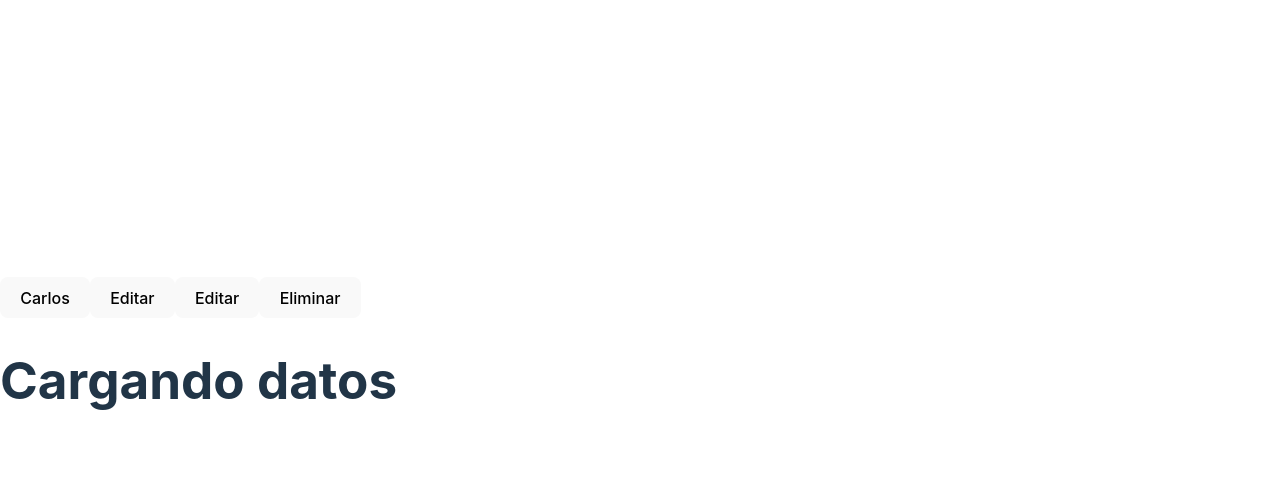
Repository: ikabeee/shopping-car
Page: /
An editor plug-in stored every save of this project. The page is shown before and after a run of saves, followed by the edit.
The browser window is 1280 px wide. The pictures show the whole page.
The page's requests for data from a server got no answer. The project was rebuilt for these pictures with package versions that can differ from the ones it lists, and the page was loaded fresh each time. No one was signed in, and anything a server would have sent is missing. Also part of the build but not shown: vite.config.ts.

Above is the page before, as saved 2024-10-17 15:25:37.

### index.html
<!doctype html>
<html lang="en">
  <head>
    <meta charset="UTF-8" />
    <link rel="icon" type="image/svg+xml" href="/vite.svg" />
    <meta name="viewport" content="width=device-width, initial-scale=1.0" />
    <title>Carrito de Compras</title>
  </head>
  <body>
    <div id="root"></div>
    <script type="module" src="/src/main.tsx"></script>
  </body>
</html>

### src/App.tsx

//Importar los estilos de bootstrap
import 'bootstrap/dist/css/bootstrap-grid.min.css'
import Button from './components/Button'
import ButtonProps from './components/ButtonProps'
import Products from './components/Products'

function App() {


  return (
    <>

    <Button/>
    <ButtonProps description='Editar' disabled={false} style="btn btn-primary"/>
    <ButtonProps description='Editar' disabled={false} style='btn btn-secondary'/>
    <ButtonProps description='Eliminar' disabled={false} style='btn btn-danger'/>
    <Products></Products>
    </>
  )
}

export default App

### src/components/Button.tsx
import { useState } from "react"

const Button=()=>{
    const [nameStudent, setNameStudent] = /*Hook*/useState('Carlos');
    const showNameStudent = () =>{
        setNameStudent('Sebastián')
    }
    return(
        <>
        {/*<>Main Tags</> */}

        <button type="button" className="btn btn primary" onClick={showNameStudent}> {nameStudent}</button>
        </>
    )
}

export default Button

### src/components/ButtonProps.tsx
/*Mediante interfaces podrás asignar caracteristicas dinamicas en el componente*/
interface ButtonProps{
    /*Attributos que los componentes pueden cambiar*/
    description:string,
    disabled:boolean,
    style:string,

}
const ButtonProps = ({description, disabled, style}:ButtonProps) => {
    /*description está recibiendo los tipos de datos que está recibiendo el componente*/
    return (
        <>
        <button className={style} disabled={disabled}>{description}</button>
        </>

    )
}

export default ButtonProps

### src/components/Products.tsx
import { useEffect, useState } from "react"

const Products = () => {
    const [product, setProduct] = useState([])
    const [loading, setLoading] = useState(true)
    if (loading) return (<h1>Cargando datos</h1>);

    //useEffect = Realizan acciones cuando los componentes tengan un cambio y se implementan con funciones flecha

    /* Funciones asincronas permiten cargar independient */
    const showProducts = async () => {

            /*Las funciones asincronas devuelven promesas
            await es un ejemplo de promesa*/
            const response = await fetch('https://fakestoreapi.com/products/')
            /* fetch consume la informacion */
            /*Indicamos que vamos a recibir un formato json*/
            const result = await response.json()
            setProduct(result)
            setLoading(false)
    }
    useEffect(() => {
        showProducts();
    }, [])

    if (loading) return(
        <>
            <h1>Cargando Datos..</h1>
            <button onClick={showProducts}>Consultar API</button>
        </>
    )
    return (
        <>
            {
                products.map((item, index) => {
                    <>
                    <h2>{item.title}</h2>
                    <h4>{item.price}</h4>
                    <img src={item.image} alt="" />
                    </>

                })
            }
        </>
    )
}
export default Products

Loaded but not shown: src/main.tsx (common file); src/index.css (common file)

After the next 2 saves:
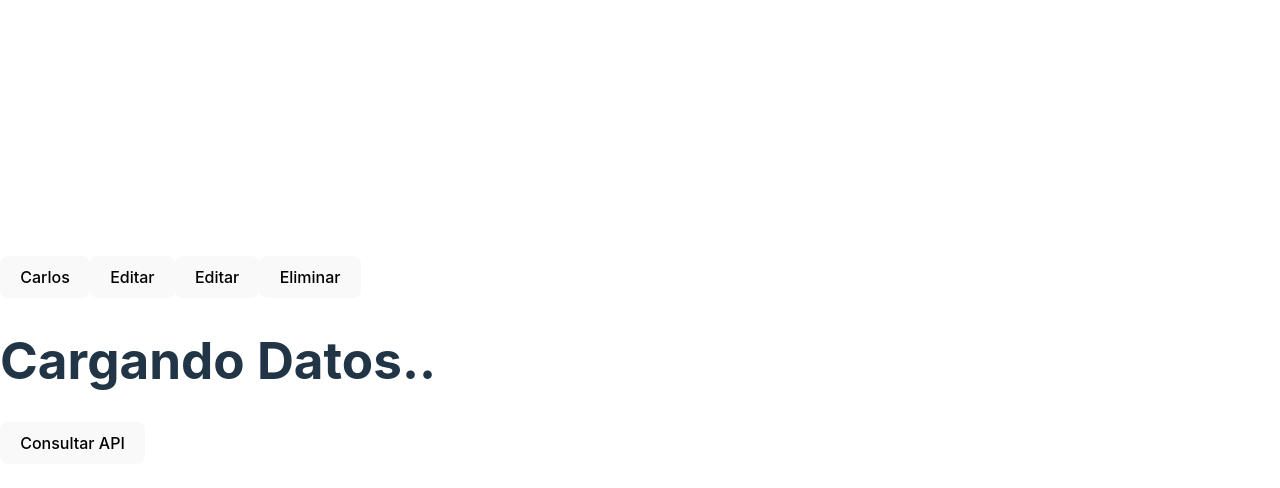
The 2 saves are shown as one change because they came seconds apart.
The last was saved 9 s later.
--- a/src/components/Products.tsx
+++ b/src/components/Products.tsx
@@ -3,7 +3,6 @@
 const Products = () => {
     const [product, setProduct] = useState([])
     const [loading, setLoading] = useState(true)
-    if (loading) return (<h1>Cargando datos</h1>);
 
     //useEffect = Realizan acciones cuando los componentes tengan un cambio y se implementan con funciones flecha
 
